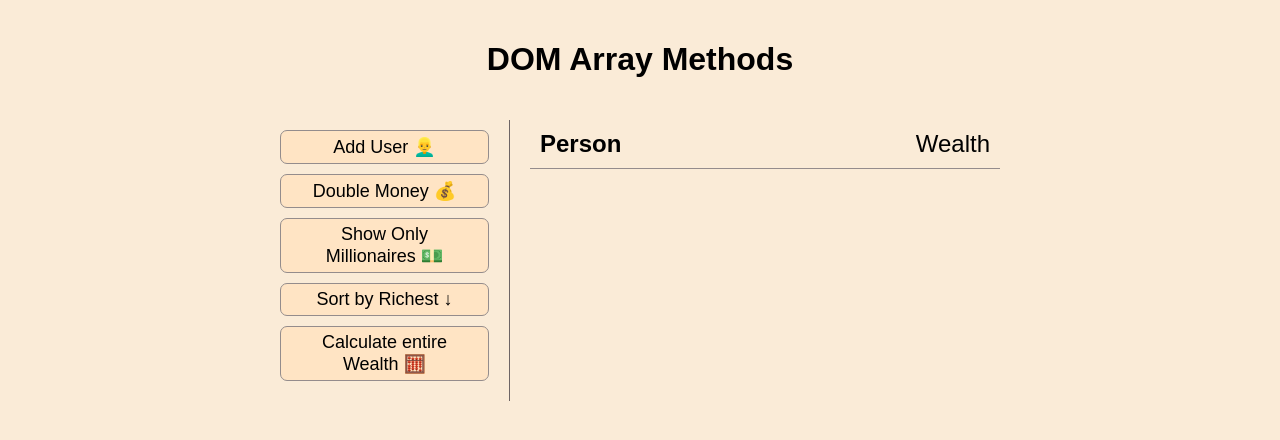
Repository: AbrorjonKuchkarov/DOM-Array-Methods
Page: index.html
An editor plug-in stored every save of this project. The page is shown before and after the next save, followed by the edit.
The browser window is 1280 px wide. The pictures show the whole page.
The pointer rests on the first visible `button`.

Above is the page before, as saved 2022-02-24 15:51:46.

After the next save:
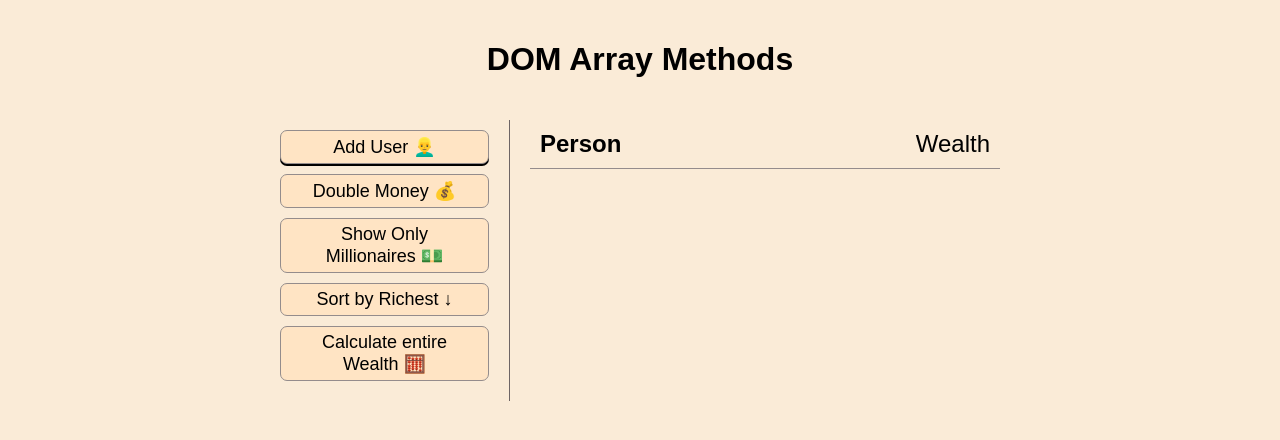
Saved 16 s later.
--- a/style.css
+++ b/style.css
@@ -41,7 +41,7 @@
 }
 
 button:hover {
-   box-shadow: 2px  ;
+   box-shadow: 0px 2px ;
 }
 
 main{

After the save that followed:
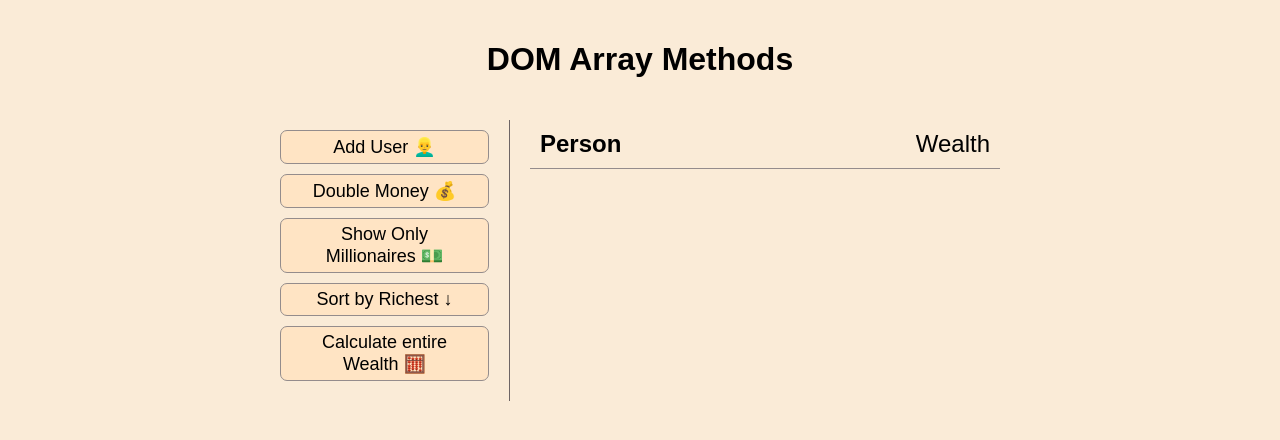
Saved 14 s later.
--- a/style.css
+++ b/style.css
@@ -41,7 +41,7 @@
 }
 
 button:hover {
-   box-shadow: 0px 2px ;
+   box-shadow: 0px 2px blur;
 }
 
 main{
